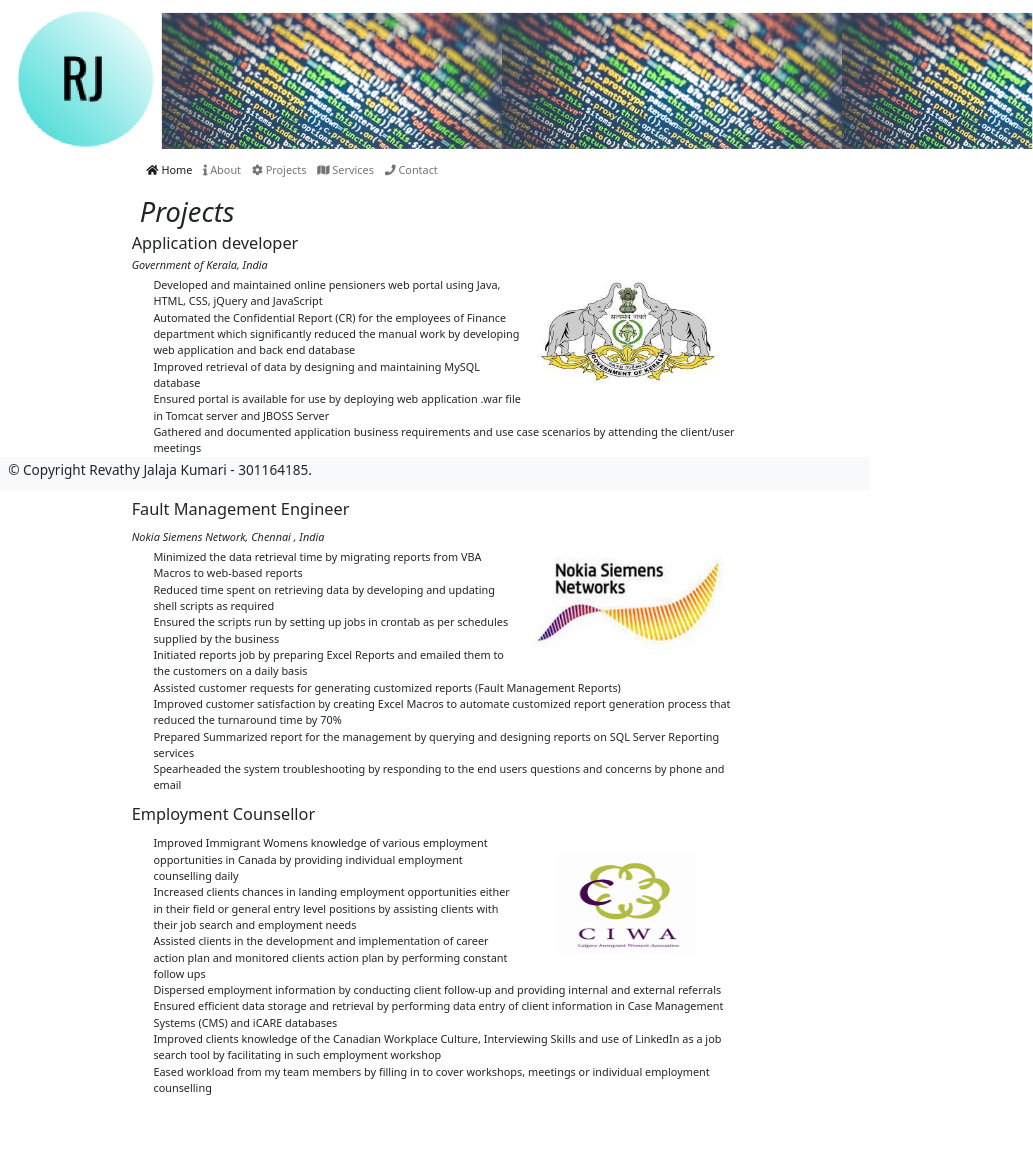
Repository: RevathyJK/Portfolio
Page: http://localhost/projects
These files come from the project's save history. The page is drawn as it stood at one moment and after the next save; the edit follows.
The browser window is 1280 px wide. The page is 1519 px wide, so the pictures cover 1519 px, including what lies to the right of the window. The pictures show the whole page, at 68% of full size.
Backgrounds fixed to the window are drawn as part of the page. The page is served by the project's Node server (server.js). Other server files are loaded and not shown.

Above is the page before, as saved 2021-10-01 16:10:40.

### Server/Views/index.ejs
<!DOCTYPE html>
<html lang="en">
<head>
    <meta charset="UTF-8">
    <meta http-equiv="X-UA-Compatible" content="IE=edge">
    <meta name="viewport" content="width=device-width, initial-scale=1.0">
    <title><%= title %></title>
    <!-- CSS Section -->
    <link rel="stylesheet" href="./Content/app.css">
    <link rel="stylesheet" href="./bootstrap/dist/css/bootstrap.min.css">
    <link rel="stylesheet" href="./@fortawesome/fontawesome-free/css/all.min.css">
</head>
<body>
    <!-- Main Navigation Section -->
    <header>
      <%- include('components/header.ejs'); %>
    </header>


    <!-- Content Section -->
    <main>
      <div class="container">
        <%- include('content/' + page + '.ejs'); %>
      </div>
    </main>

    <footer>
    <%- include('components/footer.ejs'); %>
    </footer>

    <!-- JavaScript Section -->
    <script src="./jquery/dist/jquery.min.js"></script>
    <script src="./bootstrap/dist/js/bootstrap.min.js"></script>
    <script src="./@fortawesome/fontawesome-free/js/all.min.js"></script>

    <script src="./Scripts/app.js"></script>
</body>
</html>

### Server/Views/components/header.ejs

<table>
<tr>
  <td class="over"><img src="logo.png"></td>
  <td><div  class="header-img"></div></td>
</tr>
</table>


<div id="allPage">

<nav class="navbar navbar-expand-lg navbar-light navcustom">
  <div class="container-fluid">
    <a class="navbar-brand"></a>
    <button class="navbar-toggler" type="button" data-bs-toggle="collapse" data-bs-target="#navbarSupportedContent" aria-controls="navbarSupportedContent" aria-expanded="false" aria-label="Toggle navigation">
      <span class="navbar-toggler-icon"></span>
    </button>
    <div class="collapse navbar-collapse" id="navbarSupportedContent" >
      <ul class="navbar-nav ms-auto mb-2 mb-lg-0">
        <li class="nav-item">
          <a class="nav-link active" href="/home"><i class="fas fa-home"></i> Home</a>
        </li>
        <li class="nav-item">
          <a class="nav-link" href="/about"><i class="fas fa-info"></i> About</a>
        </li>
        <li class="nav-item">
          <a class="nav-link" href="/projects"><i class="fas fa-cog"></i> Projects</a>
        </li>
        <li class="nav-item">
          <a class="nav-link" href="/services"><i class="fas fa-map"></i> Services</a>
        </li>

        <li class="nav-item">
          <a class="nav-link" href="/contact"><i class="fas fa-phone"></i> Contact</a>
        </li>
      </ul>
    </div>
  </div>
</nav>
<br>

</div>

### Server/Views/content/projects.ejs
<div id ="allPage">
<div class="container">
        <h1><em><%= title %></em></h1>
</div>

<div>
<tr>
        <h4>Application developer</h4>
        <img id="img_listing" height="200" src="kerala.jpg" width="300" class="auto-style1">
        <h6><i>Government of Kerala, India</i></h6>
        <ul>
                <li>Developed and maintained online pensioners web portal using Java, HTML, CSS, jQuery and JavaScript </li>
		<li>Automated the Confidential Report (CR) for the employees of Finance department which significantly reduced the manual work by developing web application and back end database  </li>
		<li>Improved retrieval of data by designing and maintaining MySQL database </li>
		<li>Ensured portal is available for use by deploying web application .war file in Tomcat server and JBOSS Server</li>
		<li>Gathered and documented application business requirements and use case scenarios by attending the client/user meetings</li>
		<li>Improved employees knowledge Pensioners Portal by preparing user training documentation </li>
		<li>Conducted User FAQ section for newly developed Pensioners Portal</li>
        </ul>
</tr>

<tr>
        <h4>Fault Management Engineer</h4>
        <img id="img_listing" height="200" src="nsn.jpg" width="300" class="auto-style1"></p>
        <h6><i>Nokia Siemens Network, Chennai , India</i></h6>
        <ul>
                <li>Minimized the data retrieval time by migrating reports from VBA Macros to web-based reports</li>
		<li>Reduced time spent on retrieving data by developing and updating shell scripts as required </li>
		<li>Ensured the scripts run by setting up jobs in crontab as per schedules supplied by the business </li>
                <li>Initiated reports job by preparing Excel Reports and emailed them to the customers on a daily basis </li>
                <li>Assisted customer requests for generating customized reports (Fault Management Reports) </li>
                <li>Improved customer satisfaction by creating Excel Macros to automate customized report generation process that reduced the turnaround time by 70%  </li>
                <li>Prepared Summarized report for the management by querying and designing reports on SQL Server Reporting services </li>
                <li>Spearheaded the system troubleshooting by responding to the end users questions and concerns by phone and email </li>

        </ul>
</tr>


<tr>
        <h4>Employment Counsellor</h4>
        <img id="img_listing" height="200" src="ciwa.png" width="300" class="auto-style1"></p>
        <ul >
                <li>Improved Immigrant Womens knowledge of various employment opportunities in Canada by providing individual employment counselling daily </li>
                <li>Increased clients chances in landing employment opportunities either in their field or general entry level positions by assisting clients with their job search and employment needs</li>
                <li>Assisted clients in the development and implementation of career action plan and monitored clients action plan by performing constant follow ups </li>
                <li>Dispersed employment information by conducting client follow-up and providing internal and external referrals </li>
                <li>Ensured efficient data storage and retrieval by performing data entry of client information in Case Management Systems (CMS) and iCARE databases </li>
                <li>Improved clients knowledge of the Canadian Workplace Culture, Interviewing Skills and use of LinkedIn as a job search tool by facilitating in such employment workshop </li>
                <li>Eased workload from my team members by filling in to cover workshops, meetings or individual employment counselling</li><br>
	</ul>
</tr>

<tr></tr>
<br><br>


</div>
</div>

### Server/Views/components/footer.ejs
<div id ="allPage">
<nav class="navbar fixed-bottom navbar-light bg-light">
    <div class="container-fluid">
        <h5>&copy; Copyright Revathy Jalaja Kumari - 301164185.</h5>
    </div>
</nav>
</div>

### server.js
#!/usr/bin/env node
"use strict";
/**
 * Module dependencies.
 */
var __importDefault = (this && this.__importDefault) || function (mod) {
    return (mod && mod.__esModule) ? mod : { "default": mod };
};
Object.defineProperty(exports, "__esModule", { value: true });
const app_1 = __importDefault(require("./Server/Config/app"));
const debug_1 = __importDefault(require("debug"));
(0, debug_1.default)('comp229-f2021-lesson4:server');
const http_1 = __importDefault(require("http"));
/**
 * Get port from environment and store in Express.
 */
let port = normalizePort(process.env.PORT || '3000');
app_1.default.set('port', port);
/**
 * Create HTTP server.
 */
let server = http_1.default.createServer(app_1.default);
/**
 * Listen on provided port, on all network interfaces.
 */
server.listen(port);
server.on('error', onError);
server.on('listening', onListening);
/**
 * Normalize a port into a number, string, or false.
 */
function normalizePort(val) {
    let port = parseInt(val, 10);
    if (isNaN(port)) {
        // named pipe
        return val;
    }
    if (port >= 0) {
        // port number
        return port;
    }
    return false;
}
/**
 * Event listener for HTTP server "error" event.
 */
function onError(error) {
    if (error.syscall !== 'listen') {
        throw error;
    }
    let bind = typeof port === 'string'
        ? 'Pipe ' + port
        : 'Port ' + port;
    // handle specific listen errors with friendly messages
    switch (error.code) {
        case 'EACCES':
            console.error(bind + ' requires elevated privileges');
            process.exit(1);
            break;
        case 'EADDRINUSE':
            console.error(bind + ' is already in use');
            process.exit(1);
            break;
        default:
            throw error;
    }
}
/**
 * Event listener for HTTP server "listening" event.
 */
function onListening() {
    let addr = server.address();
    let bind = typeof addr === 'string'
        ? 'pipe ' + addr
        : 'port ' + addr.port;
    (0, debug_1.default)('Listening on ' + bind);
}
//# sourceMappingURL=server.js.map

### Server/Routes/index.js
"use strict";
var __importDefault = (this && this.__importDefault) || function (mod) {
    return (mod && mod.__esModule) ? mod : { "default": mod };
};
Object.defineProperty(exports, "__esModule", { value: true });
const express_1 = __importDefault(require("express"));
const router = express_1.default.Router();
exports.default = router;

/* GET home page. */
router.get('/', function (req, res, next) {
    res.render('index', { title: 'Home', page: 'home' });
});
/* GET home page. */
router.get('/home', function (req, res, next) {
    res.render('index', { title: 'Home', page: 'home' });
});
/* GET about page. */
router.get('/about', function (req, res, next) {
    res.render('index', { title: 'Revathy Jalaja Kumari', page: 'about' });
});
/* GET projects page. */
router.get('/projects', function (req, res, next) {
    res.render('index', { title: 'Projects', page: 'projects' });
});
/* GET services page. */
router.get('/services', function (req, res, next) {
    res.render('index', { title: 'Services', page: 'services' });
});
/* GET contact page. */
router.get('/contact', function (req, res, next) {
    res.render('index', { title: 'Contact Me', page: 'contact' });
});





//module.exports = router;
//# sourceMappingURL=index.js.map

### Client/Content/app.css
#allPage {
	width: 80%;
      margin: auto;
      max-width: 1200px;
      display: grid;
	/*grid-template-columns: 150px auto auto;
	grid-template-rows: auto auto auto ; */
}

nav ul {
    display: flex;
    flex-direction: column;
    flex-wrap: nowrap;
    color: #FFFFFF;
    position: absolute;
}

.navcustom{

    width: 90%;
      margin: auto;
      max-width: 1200px;
      color: #FFFFFF;
}

img {
    padding-left: 1px;
    padding-right: 10px;
    padding-top: 15px;
    padding-bottom: 20px;;
}

.over{

    padding-left: 25px;
}

.header-img {

    height: 200px;
    width:1280px;
    background: url("banner.jpg") repeat ;
    background-attachment: fixed;
    background-size: auto;


  }
  ul{
      list-style: none;
  }

  #img_listing {
	margin: 10px;
	float: right;
	padding-left: 5px;
}

### Client/Scripts/app.js
"use strict";
/* custom js goes here */
// IIFE - Immediately Invoked Function Expression (AKA an anonymous self-executing function)
(function () {
    function Start() {
        console.log("App Started...");
    }
    window.addEventListener("load", Start);
})();
//# sourceMappingURL=app.js.map

After the next save:
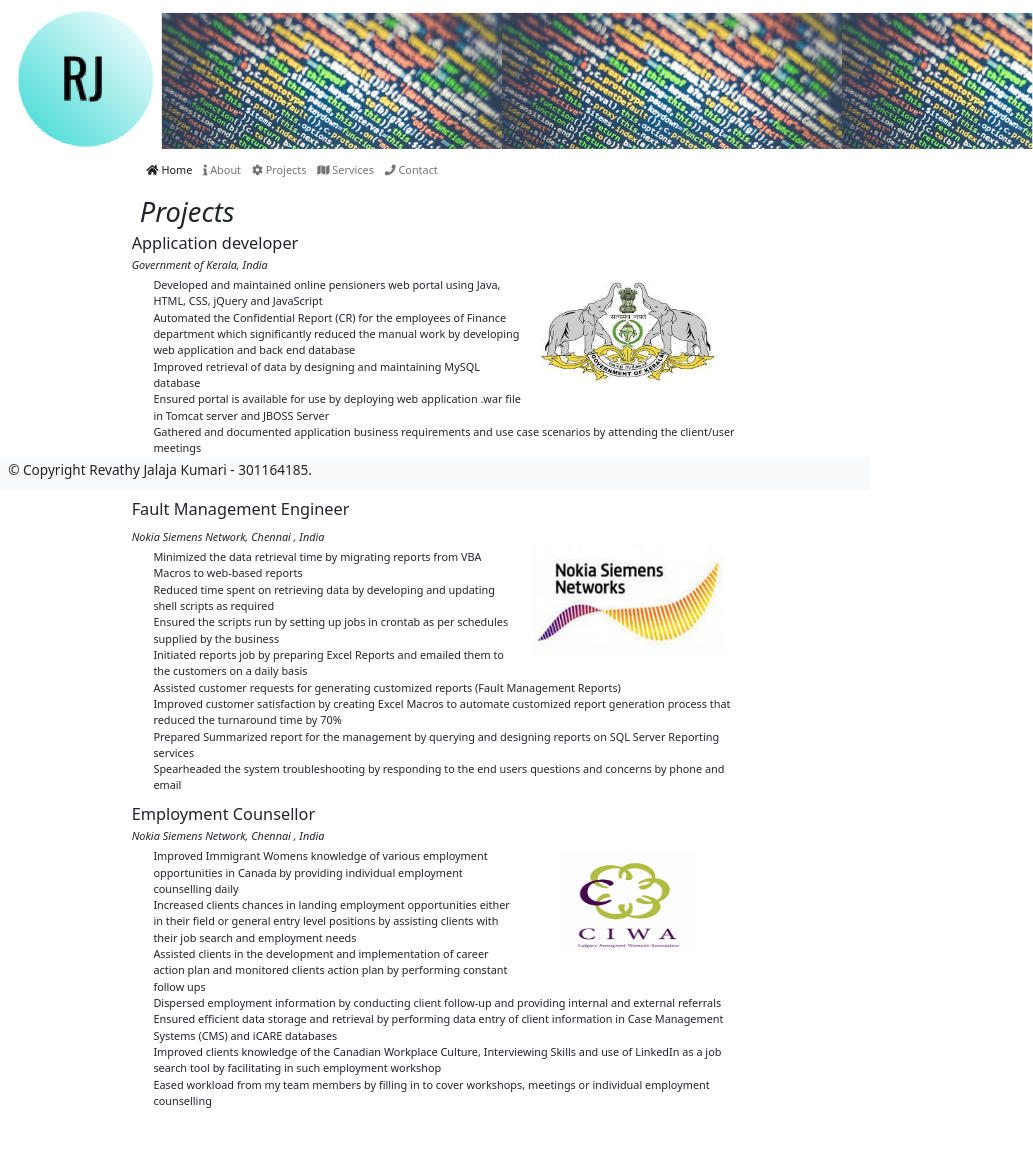
Saved 54 s later.
--- a/Server/Views/content/projects.ejs
+++ b/Server/Views/content/projects.ejs
@@ -39,7 +39,8 @@
 
 <tr>
         <h4>Employment Counsellor</h4>
-        <img id="img_listing" height="200" src="ciwa.png" width="300" class="auto-style1"></p>
+        <img id="img_listing" height="200" src="ciwa.png" width="300" class="auto-style1">
+        <h6><i>Nokia Siemens Network, Chennai , India</i></h6>
         <ul >
                 <li>Improved Immigrant Womens knowledge of various employment opportunities in Canada by providing individual employment counselling daily </li>
                 <li>Increased clients chances in landing employment opportunities either in their field or general entry level positions by assisting clients with their job search and employment needs</li>
